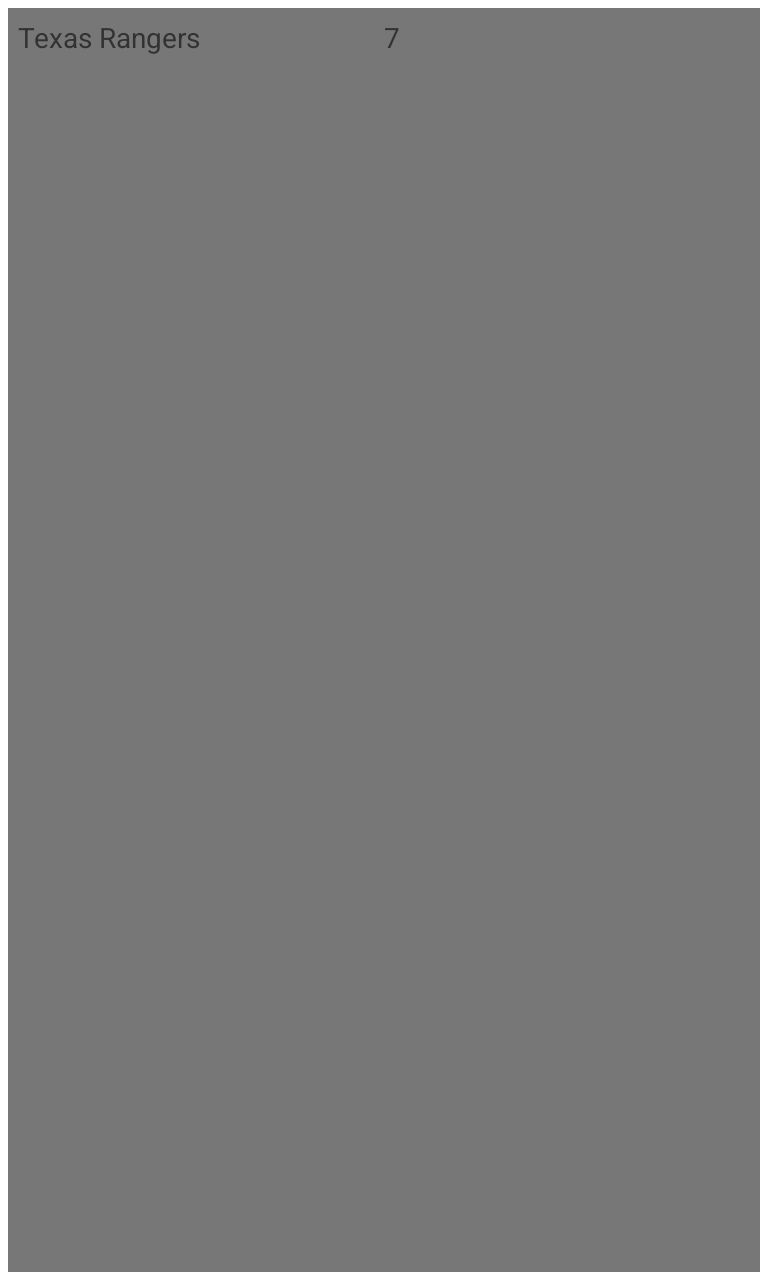
Repository: jemcphe/MDF3
Layout: Week3 Widget/TeamWidget/res/layout/widget_layout.xml
These files come from the project's save history. The layout is drawn as it stood at one moment and after the next save; the edit follows.
It is drawn on a 768 x 1280 px phone screen (xhdpi) without system bars, with theme AppTheme; the app's code is not run.

Above is the layout before, as saved 2013-07-26 02:20:27.

After the next save:
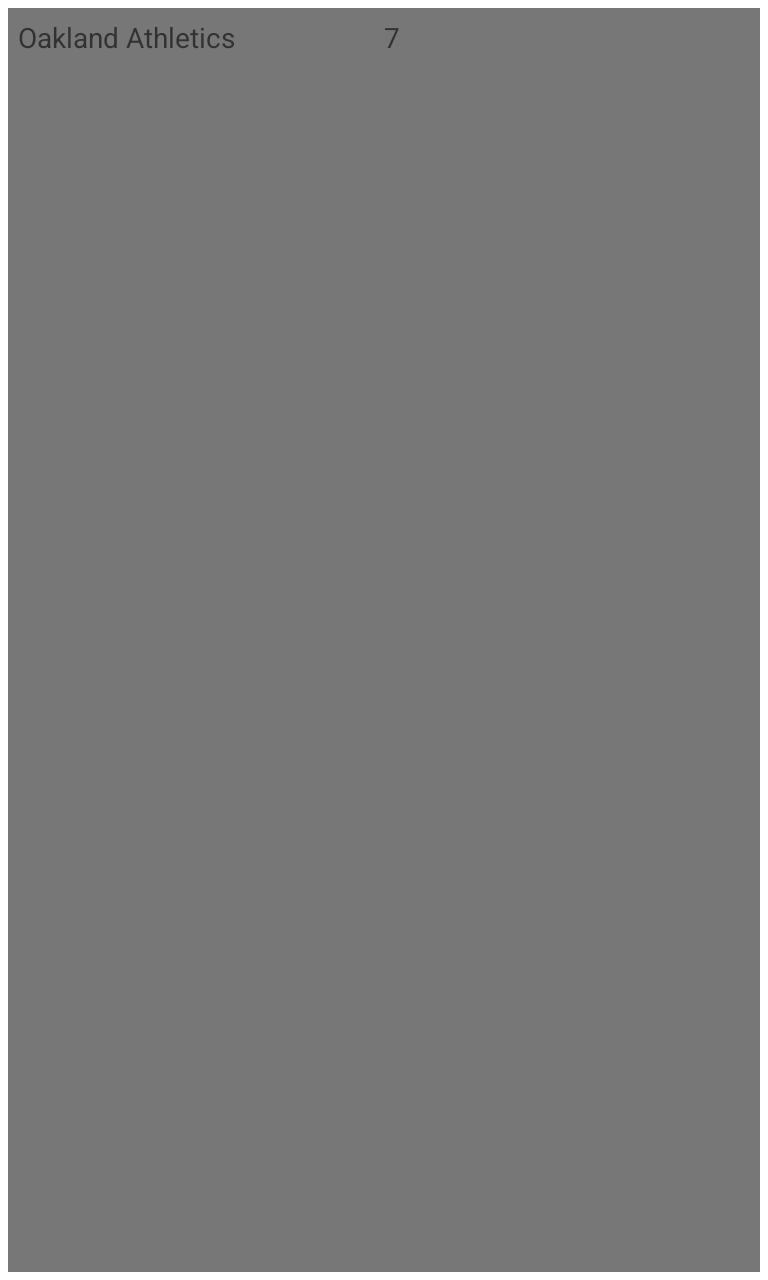
Saved 25 s later.
--- a/Week3 Widget/TeamWidget/res/layout/widget_layout.xml
+++ b/Week3 Widget/TeamWidget/res/layout/widget_layout.xml
@@ -38,14 +38,14 @@
 	    android:padding="5dp">
 
 	    <TextView
-	        android:id="@+id/team1"
+	        android:id="@+id/team2"
 	        android:layout_width="40dp"
 	        android:layout_height="wrap_content"
 	        android:layout_weight="1"
-	        android:text="Texas Rangers" />
+	        android:text="Oakland Athletics" />
 
 	    <TextView
-	        android:id="@+id/runs1"
+	        android:id="@+id/runs2"
 	        android:layout_width="40dp"
 	        android:layout_height="wrap_content"
 	        android:layout_weight="1"
